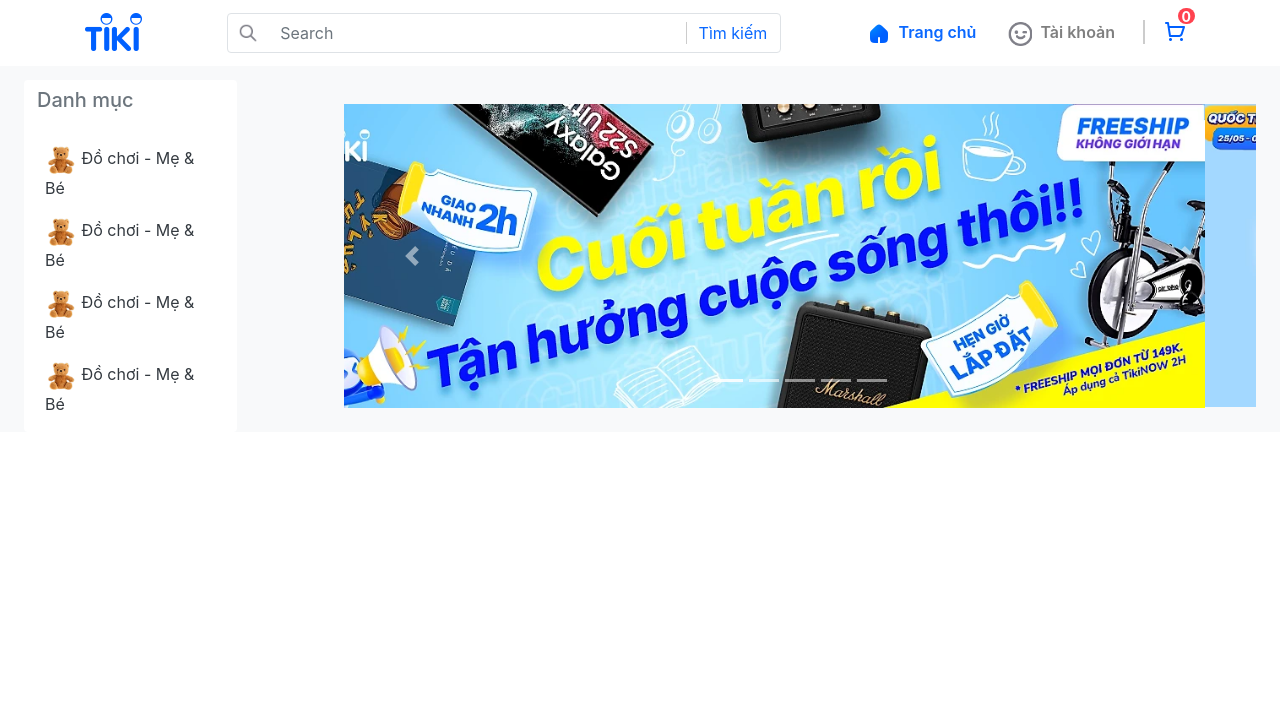
Repository: tam1512/website-ban-hang
Page: index.html
These files come from the project's save history. The page is drawn as it stood at one moment and after the next save; the edit follows.
The browser window is 1280 px wide. The pictures show the whole page.
Some web libraries are served in a nearby version.

Above is the page before, as saved 2023-05-27 19:01:22.

After the next save:
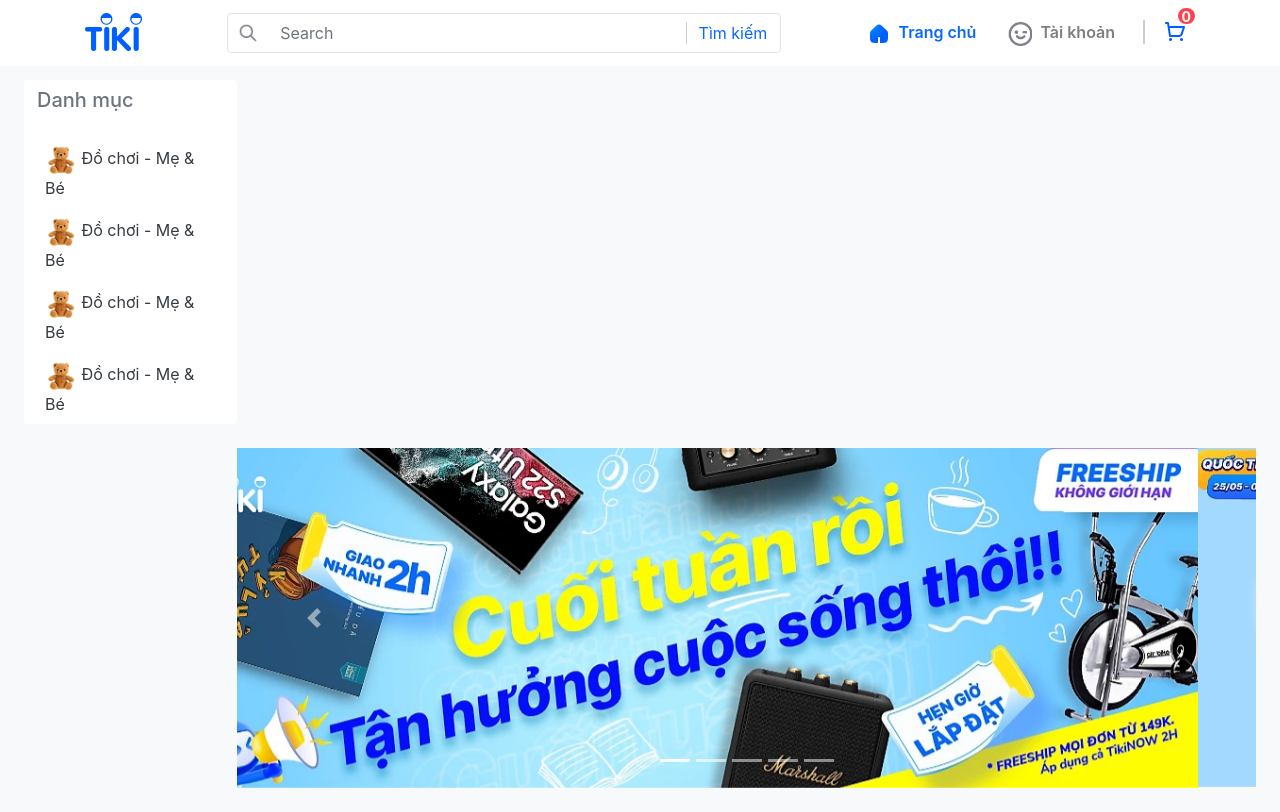
Saved 34 s later.
--- a/index.html
+++ b/index.html
@@ -158,7 +158,7 @@
           </div>
 
           <!-- Main content -->
-          <main role="main" class="col-md-9 ml-sm-auto col-lg-9 px-4">
+          <main role="main" class="col-md-10 ml-sm-auto col-lg-10 px-4">
             <!-- Slider -->
             <div
               id="carouselIndicators"
